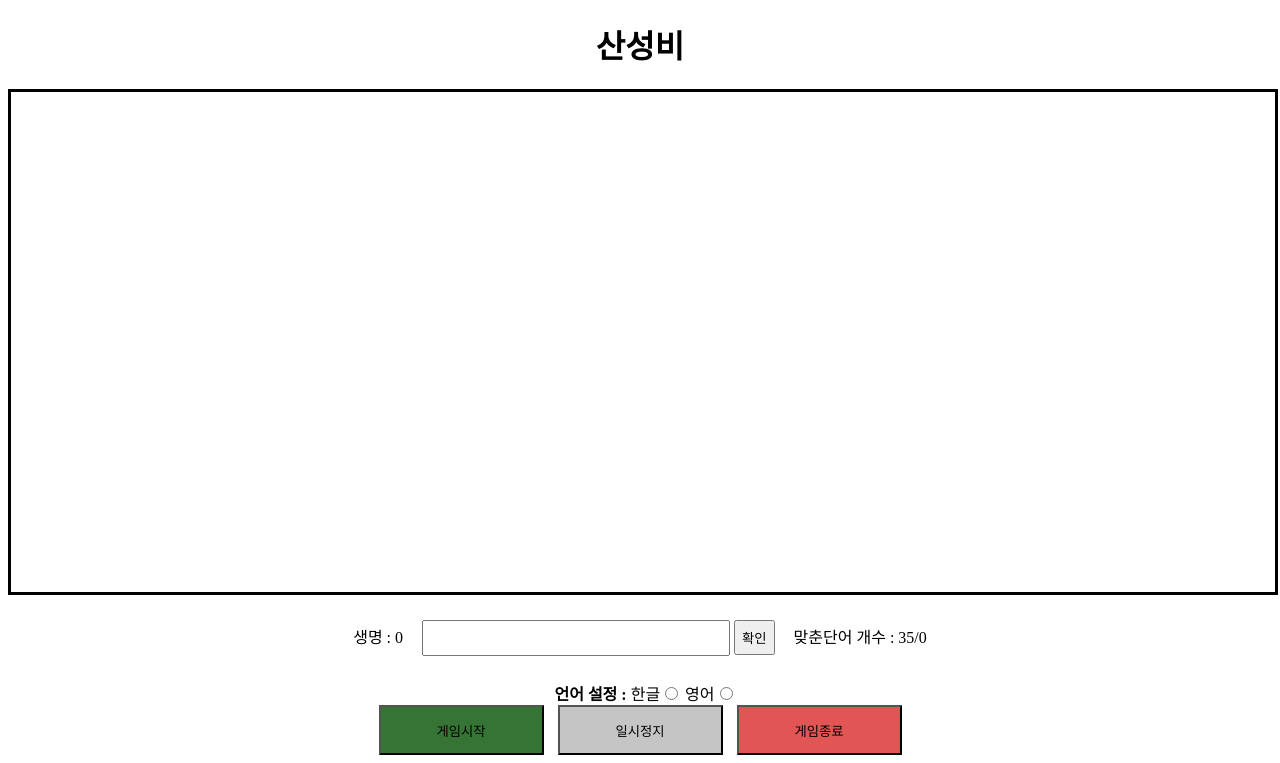
Repository: yuj1818/Hustar_JavaScript
Page: edu/edu/view/js_edu/sanseongbee.html
The author's editor kept a copy of each file at every save. The page is drawn from the files as they stood at one save, then again after the next save.
The browser window is 1280 px wide. The pictures show the whole page.

Above is the page before, as saved 2022-06-02 04:58:54.

### edu/edu/view/js_edu/sanseongbee.html
<!DOCTYPE html>
<html>
	<head>
		<meta charset="UTF-8">
		<title>산성비 게임</title>
		<style>
			.game_main {
				border: 3px solid #000;
				width: 100%;
				height: 500px;
			}

			input#answer {
				width: 300px;
				height: 30px;
			}

			button#answer_submit {
				height:  35px;
			}

			.game_management_btn {
				width: 165px;
				height: 50px;
				/* top right botton left*/
				margin: 0px 5px;
				/*margin 값이 2개만 있으면 앞에 거는 위아래, 뒤에 거는 양쪽으로 해석*/
			}

			.background_red {
				background-color: #e15555;
			}

			.background_green {
				background-color: #357435;
			}

			.background_gray {
				background-color: #c5c5c5;
			}

			.text_center {
				text-align: center;
			}
		</style>
	</head>
	<body>
		<h1 class="text_center">산성비</h1>

		<div class="game_main"></div>

		<div class="text_center" style="margin-top: 25px">
			<span style="margin-right: 15px;">
				생명 : 0
			</span>

			<span style="margin-right: 15px;">
				<input id="answer" type="text"/>
				<button id="answer_submit">확인</button>
			</span>

			<span>
				맞춘단어 개수 : 35/0
			</span>
		</div>

		<div class="text_center" style="margin-top: 25px;">
			<span style="font-weight: bold; margin-left: 10px;">언어 설정 : </span>
			<label for="korean">한글</label><input id="korean" name="lan_type" type="radio"/>
			<label for="english">영어</label><input id="english" name="lan_type" type="radio"/>
		</div>

		<div class="text_center">
			<button class="game_management_btn background_green">게임시작</button>
			<button class="game_management_btn background_gray">일시정지</button>
			<button class="game_management_btn background_red">게임종료</button>
		</div>
	</body>

	<script>
		window.onresize = function(event){
			console.log("event : ", event);
			var innerWidth = window.innerWidth;
			console.log("innerWidth : ", innerWidth);
		}
	</script>
</html>

After the next save:
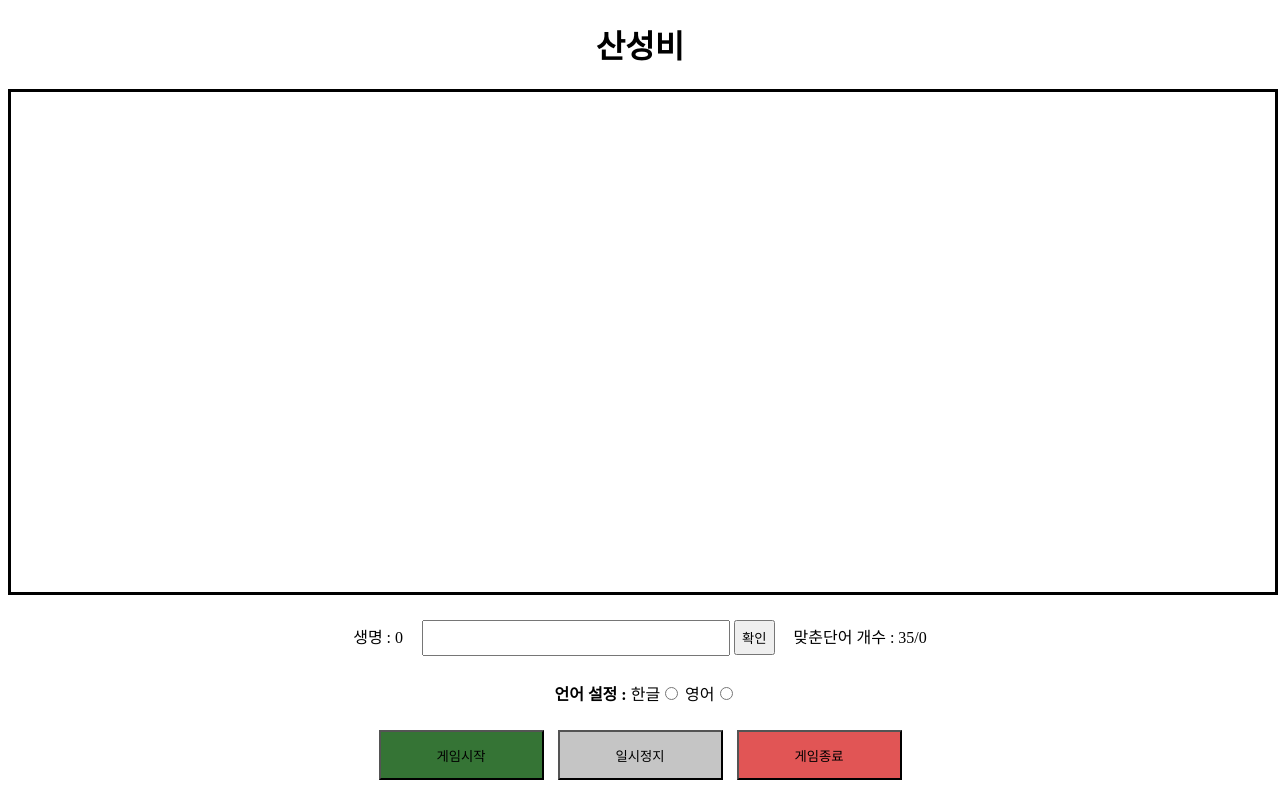
Saved 52 s later.
--- a/edu/edu/view/js_edu/sanseongbee.html
+++ b/edu/edu/view/js_edu/sanseongbee.html
@@ -70,7 +70,7 @@
 			<label for="english">영어</label><input id="english" name="lan_type" type="radio"/>
 		</div>
 
-		<div class="text_center">
+		<div class="text_center" style="margin-top: 25px">
 			<button class="game_management_btn background_green">게임시작</button>
 			<button class="game_management_btn background_gray">일시정지</button>
 			<button class="game_management_btn background_red">게임종료</button>
